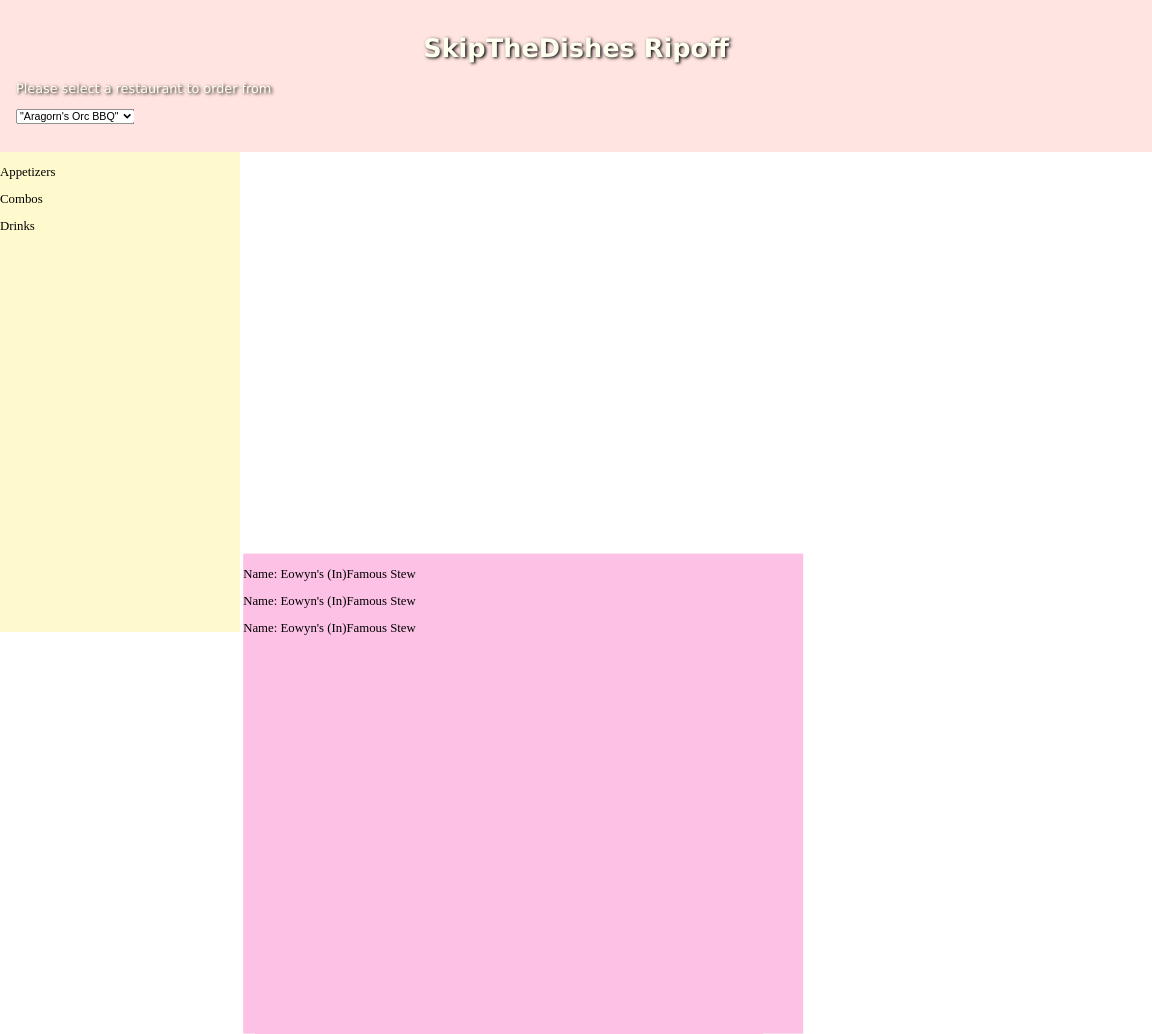
Repository: hudaali14/Carleton
Page: 2406/Assignments/Assignment1 (97)/order.html
The author's editor kept a copy of each file at every save. The page is drawn from the files as they stood at one save, then again after the next save.
The browser window is 1280 px wide. The page is 1440 px wide, so the pictures cover 1440 px, including what lies to the right of the window. The pictures show the whole page, at 80% of full size.
After loading, the first visible `#dropdown` was changed once.

Above is the page before, as saved 2020-01-25 18:56:18.

After the next save:
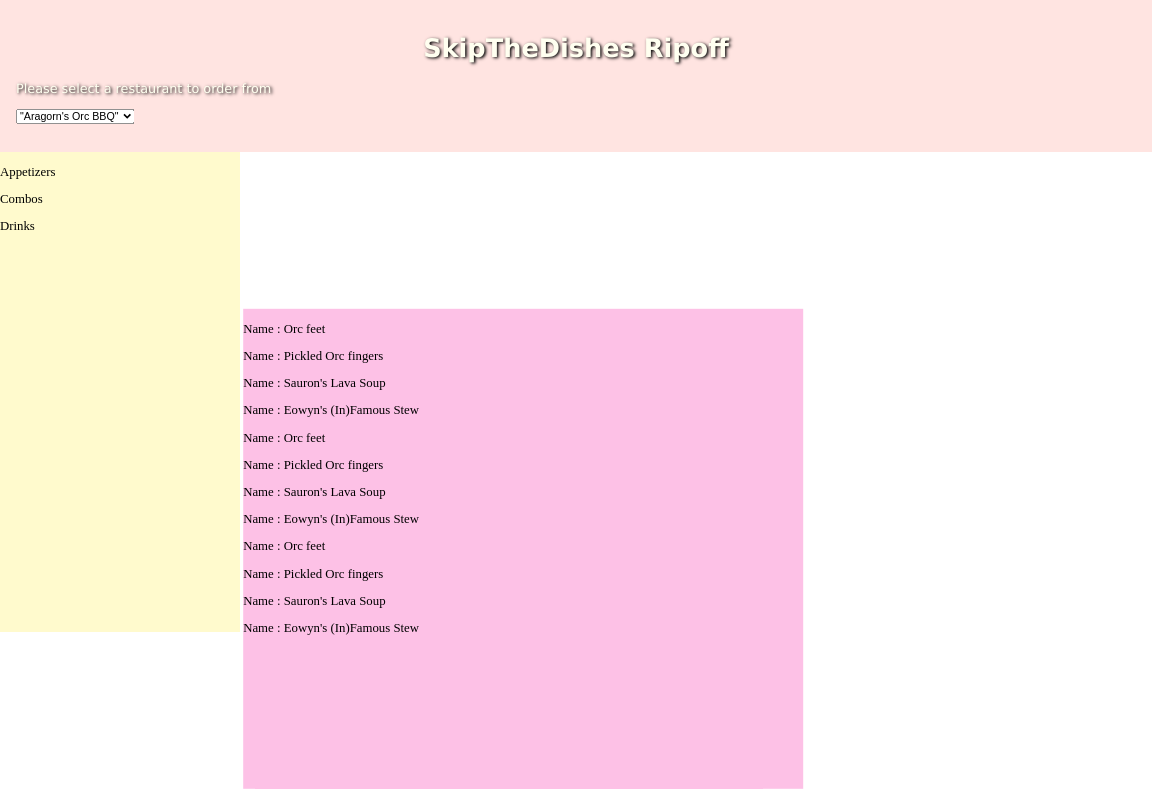
Saved 46 s later.
--- a/2406/Assignments/Assignment1 (97)/client.js
+++ b/2406/Assignments/Assignment1 (97)/client.js
@@ -329,8 +329,10 @@
 	let categoryItems = restaurant.menu["Appetizers"];
 	// let name = legolas.menu["Lembas"][0].name;
 	// console.log(name);
-	let item = document.createElement("p");
-	item.innerHTML+="Name: ";
-	item.innerHTML+=categoryItems[i].name;
-	itemMenu.appendChild(item);
+	for(let i=0; i<4; i++){
+		let item = document.createElement("p");
+		item.innerHTML+="Name : ";
+		item.innerHTML+=categoryItems[i].name;
+		itemMenu.appendChild(item);
+	}
 }
